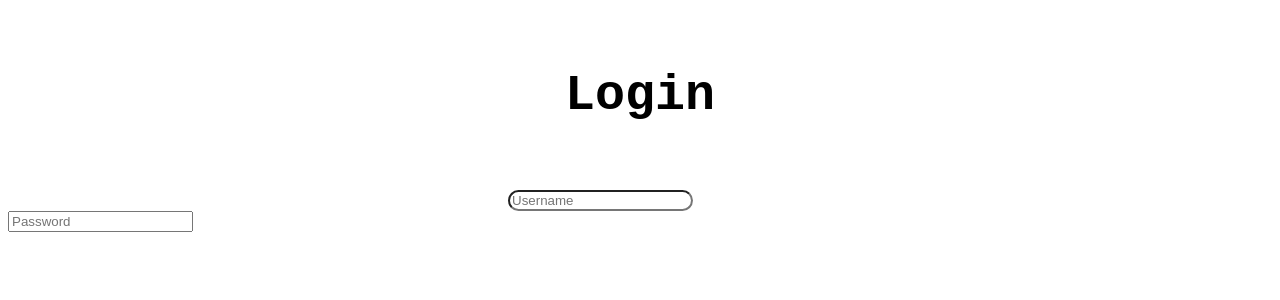
Repository: yhung004/TUTORIAL_PAGE
Page: log_in.html
An editor plug-in stored every save of this project. The page is shown before and after the next save, followed by the edit.
The browser window is 1280 px wide. The pictures show the whole page.

Above is the page before, as saved 2024-04-10 12:11:52.

After the next save:
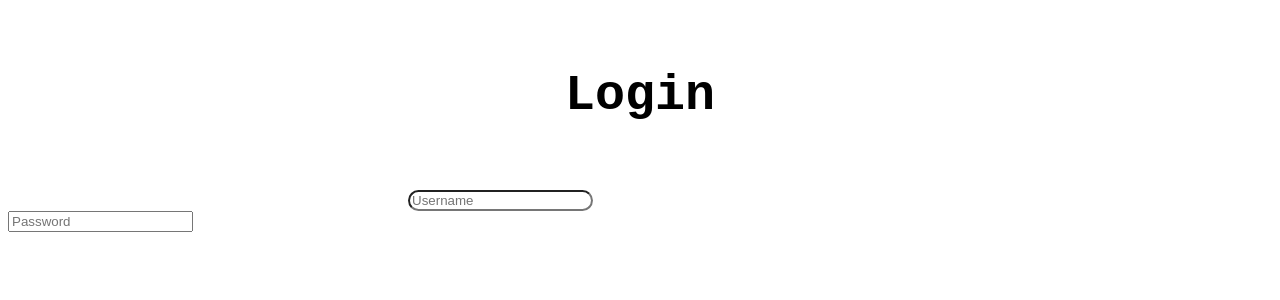
Saved 6 s later.
--- a/main.css
+++ b/main.css
@@ -47,5 +47,5 @@ a.button_a1 {
 .username {
     position: relative;
     border-radius: 30px;
-    left: 500px;
+    left: 400px;
 }
